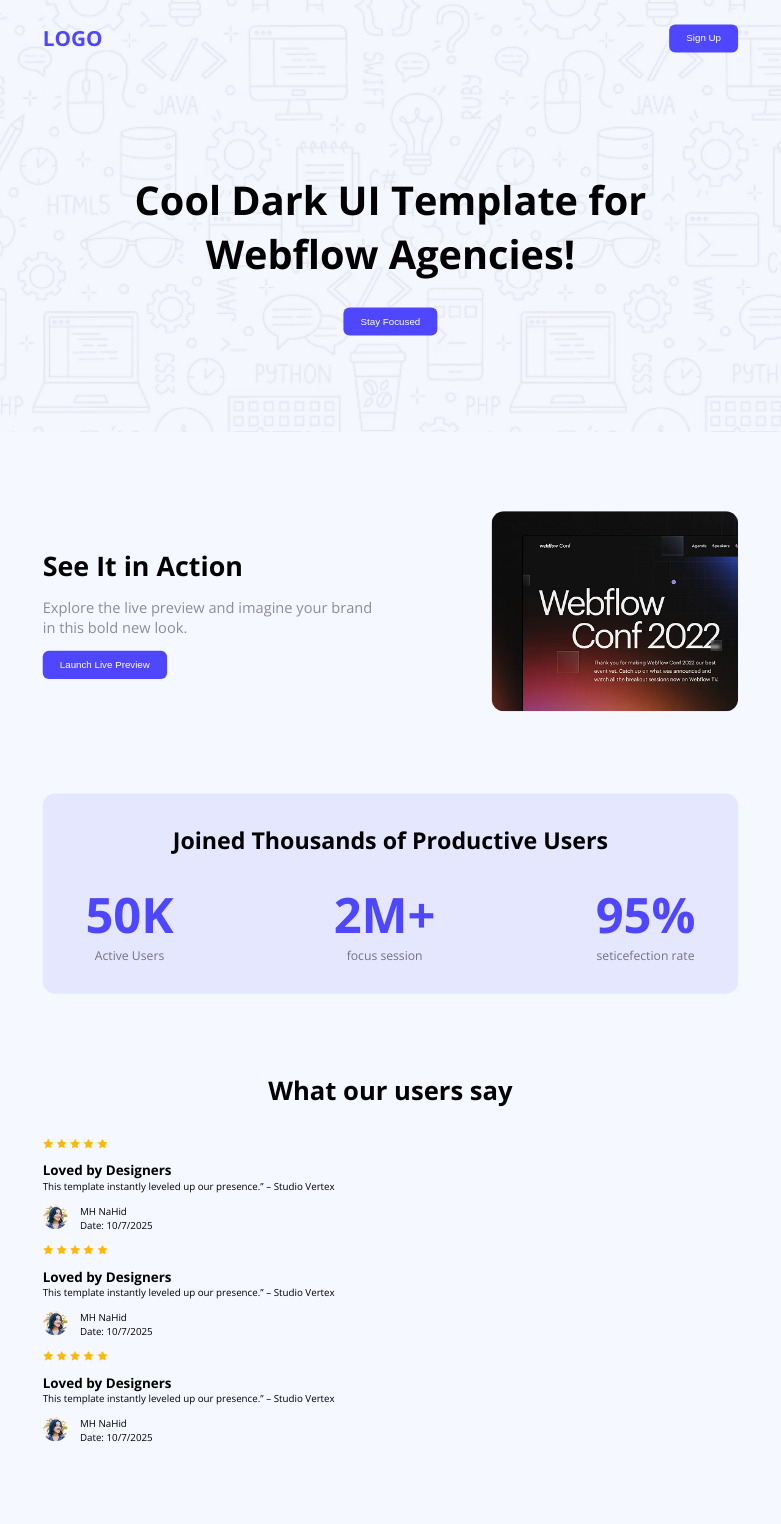
Repository: nahid-hasann/website-3
Page: index.html
These files come from the project's save history. The page is drawn as it stood at one moment and after the next save; the edit follows.
The browser window is 1280 px wide. The pictures show the whole page, at 61% of full size.

Above is the page before, as saved 2025-07-10 21:03:54.

### index.html
<!DOCTYPE html>
<html lang="en">
<head>
    <meta charset="UTF-8">
    <meta name="viewport" content="width=device-width, initial-scale=10">
    <title>MH NaHid</title>
    <link rel="preconnect" href="https://fonts.googleapis.com">
<link rel="preconnect" href="https://fonts.gstatic.com" crossorigin>
<link href="https://fonts.googleapis.com/css2?family=Open+Sans:ital,wght@0,300..800;1,300..800&family=Raleway:ital,wght@0,100..900;1,100..900&display=swap" rel="stylesheet">
<link rel="stylesheet" href="style.css">
</head>
<body class="open-sans-normal">


<header class="header-section">
      <section class="section-1">
       <h1 style="font-size: 34px; color: #4e47ff;">LOGO</h1>
       <button class="btn">Sign Up</button>
      </section>

      <section class="section-2">
        <h1 style="font-size: 65px; text-align: center;">Cool Dark UI Template for <br> Webflow Agencies!</h1>
        <br>
        <br>
        <button class="btn">Stay Focused</button>
      </section>


</header>


<main>

<section class="action-section">

<div class="action-title">
    <h1>See It in Action</h1>
    <br>
    <p>Explore the live preview and imagine your brand <br> in this bold new look.</p>
    <br>
    <button class="btn">Launch Live Preview</button>
</div>

<div class="action-img">
    <img src="Assets/wc-mini.png" alt="">
</div>


</section>

<section class="productive-user">

     <h1 style="text-align: center; font-size: 38px ; font-weight: 700;">Joined Thousands of Productive Users</h1>

     <div class="productive-user-review">

       <div class="productive-user-songkha">
         <h1>50K</h1>
         <p>Active Users</p>
       </div>
       <div class="productive-user-songkha">
         <h1>2M+</h1>
         <p>focus session</p>
       </div>
       <div class="productive-user-songkha">
         <h1>95%</h1>
         <p>seticefection rate</p>
       </div>

     </div>



</section>


<section class="feedback-section">

    <h1>What our users say</h1>

    <div class="feedback-flex">

   <div class="feedback-review">

        <div class="star">
            <img src="Assets/icon-star.png" alt="">
        <img src="Assets/icon-star.png" alt="">
        <img src="Assets/icon-star.png" alt="">
        <img src="Assets/icon-star.png" alt="">
        <img src="Assets/icon-star.png" alt="">
        <h4>Loved by Designers</h4>
        <p>This template instantly leveled up our presence.” – Studio Vertex</p>
        </div>
        <div class="reviwer">
            <div class="reviwer-img">
                <img src="Assets/avatar.png" alt="">
            </div>
            <div class="reviwer-text">
                <p>MH NaHid</p>
                 <p>Date: 10/7/2025</p>
            </div>
        </div>

    </div>
       <div class="feedback-review">

        <div class="star">
            <img src="Assets/icon-star.png" alt="">
        <img src="Assets/icon-star.png" alt="">
        <img src="Assets/icon-star.png" alt="">
        <img src="Assets/icon-star.png" alt="">
        <img src="Assets/icon-star.png" alt="">
        <h4>Loved by Designers</h4>
        <p>This template instantly leveled up our presence.” – Studio Vertex</p>
        </div>
        <div class="reviwer">
            <div class="reviwer-img">
                <img src="Assets/avatar.png" alt="">
            </div>
            <div class="reviwer-text">
                <p>MH NaHid</p>
                 <p>Date: 10/7/2025</p>
            </div>
        </div>

    </div>
       <div class="feedback-review">

        <div class="star">
            <img src="Assets/icon-star.png" alt="">
        <img src="Assets/icon-star.png" alt="">
        <img src="Assets/icon-star.png" alt="">
        <img src="Assets/icon-star.png" alt="">
        <img src="Assets/icon-star.png" alt="">
        <h4>Loved by Designers</h4>
        <p>This template instantly leveled up our presence.” – Studio Vertex</p>
        </div>
        <div class="reviwer">
            <div class="reviwer-img">
                <img src="Assets/avatar.png" alt="">
            </div>
            <div class="reviwer-text">
                <p>MH NaHid</p>
                 <p>Date: 10/7/2025</p>
            </div>
        </div>

    </div>

    </div>

</section>




</main>






</body>
</html>

### style.css
*{
    margin: 0;
    padding: 0;
    box-sizing: border-box;
}

body{
    background-color: #f5f8ff;
}


.open-sans-normal {
  font-family: "Open Sans", sans-serif;
  font-optical-sizing: auto;
  font-style: normal;
  font-variation-settings:
    "wdth" 100;
}

.header-section{
    background-image: url('Assets/Hero-bg.png');
    background-repeat: no-repeat;
    background-position: center;
    background-size: cover;
    /* height: 700px; */
}

.section-1{
    display: flex;
    justify-content: space-between;
    padding: 40px 0;
    width: 1140px;
    margin: auto;
}

.btn{
    padding: 14px 28px;
    border: none;
    background-color: #4e47ff ;
    color: white;
    border-radius: 10px;
    display: block;
    font-size: 16px;
}

.btn:hover{
    background-color: yellow;
    padding: 14px 30px;
    transition: 0.5s;
    color: black;
}

.section-2{

    display: flex;
    flex-direction: column;
    justify-content: center;
    align-items: center;
    margin:  auto;
    padding: 158px 0;

}

main{
    width: 1140px;
    margin: auto;
}

.action-section{
    display: flex;
    justify-content: space-between;
    margin: 130px 0;
}

.action-title{
    margin: auto 0;
}

.action-img img{
    border-radius: 20px;
    width: 404px;
    height: 328px;
}

.action-title h1{
    font-size: 44px;
}

.action-title p{
    color: rgba(37, 36, 50, 0.5);
    font-size: 24px;
}

.productive-user{
    background-color: #e5e6ff;
    padding: 50px 70px;
    /* display: flex; */
    /* flex-direction: column; */
    /* justify-content: space-between; */
    /* align-items: center; */
    border-radius: 20px;
    margin-bottom: 130px;
}

.productive-user-review {
    display: flex;
    margin-top: 40px;
    gap: 40px;
    justify-content: space-between;
    align-items: center;
}

.productive-user-songkha h1{
    text-align: center;
    font-size: 80px;
    color: #4e47ff;
}

.productive-user-songkha p{
    text-align: center;
    font-size: 20px;
    color: rgba(0, 0, 0, 0.5);
}

.feedback-section{
    margin-bottom: 130px;
}

.feedback-section h1{
    font-size: 42px;
    font-weight: 700;
    text-align: center;
    margin-bottom: 50px;
}

.feedback-review h4{
    font-size: 22px;
    margin-top: 15px;
}

.reviwer{
    display: flex;
    gap: 20px;
    margin: 20px 0;
}

.reviwer-img img{
     border-radius: 50%;
}

.feedback-flex{
    d
}

After the next save:
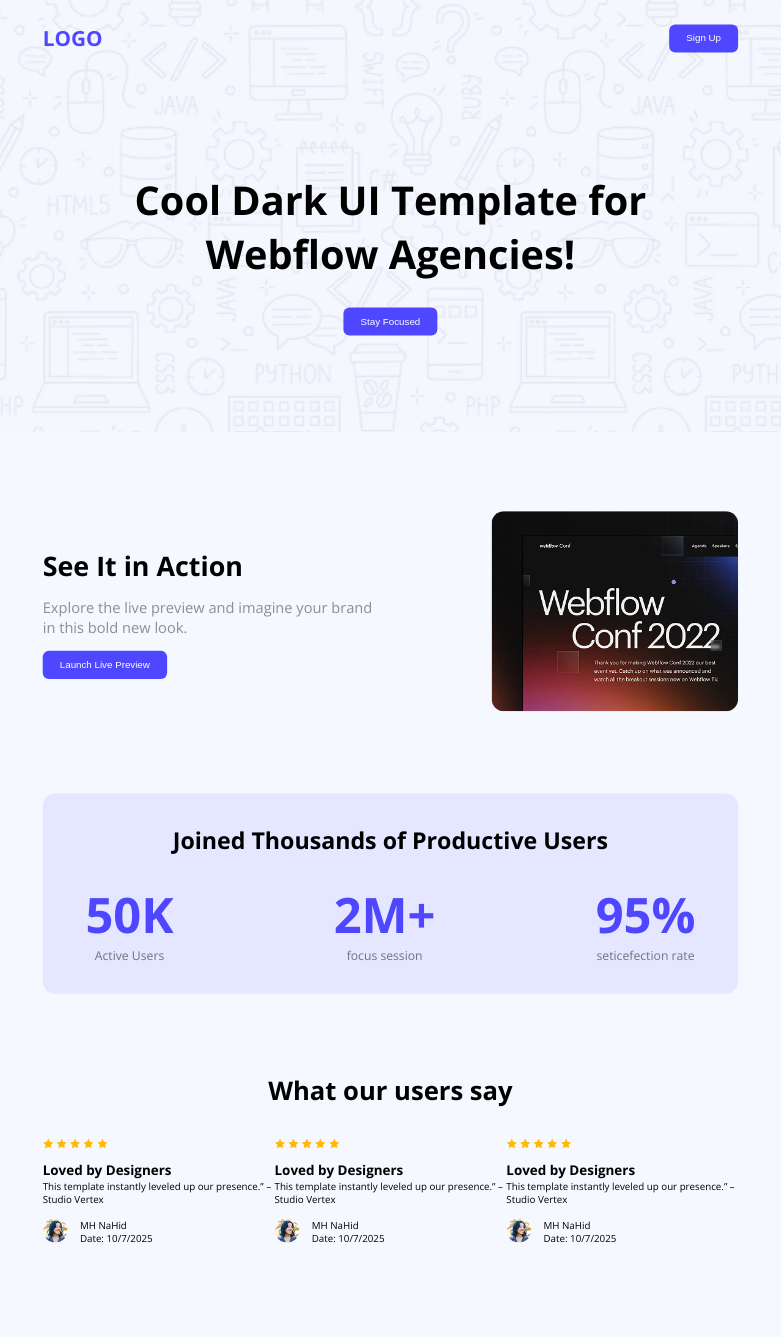
Saved 4 s later.
--- a/style.css
+++ b/style.css
@@ -149,5 +149,5 @@
 }
 
 .feedback-flex{
-    d
+    display: flex;
 }
